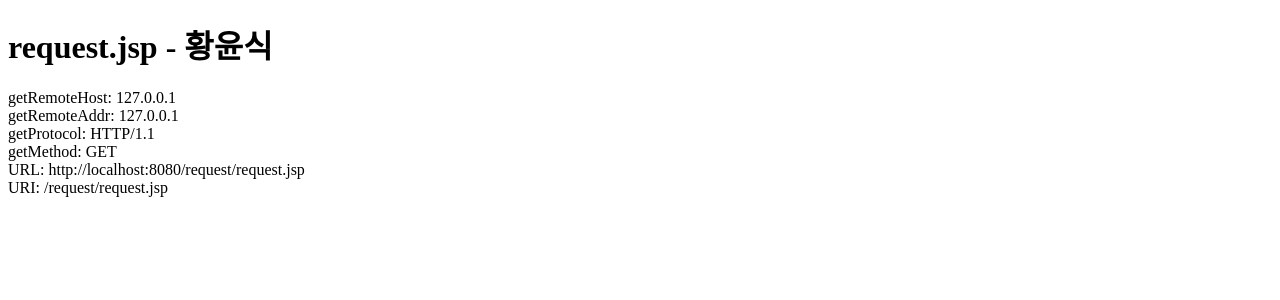
Repository: SouthSea0613/401_Unauthorized_java
Page: http://localhost/request/request.jsp
The author's editor kept a copy of each file at every save. The page is drawn from the files as they stood at one save, then again after the next save.
The browser window is 1280 px wide. The pictures show the whole page.
The page is served by Tomcat 9.

Above is the page before, as saved 2024-12-02 05:42:41.

### request/src/main/webapp/request.jsp
<%@ page language="java" contentType="text/html; charset=UTF-8"
    pageEncoding="UTF-8"%>
<!DOCTYPE html>
<html>
<head>
<meta charset="UTF-8">
<title>Insert title here</title>
</head>
<body>
<h1>request.jsp - 황윤식</h1>
getRemoteHost: <%=request.getRemoteHost() %><br>
getRemoteAddr: <%=request.getRemoteAddr() %><br>
getProtocol: <%=request.getProtocol() %><br>
getMethod: <%=request.getMethod() %><br>
URL: <%=request.getRequestURL() %><br>
URI: <%=request.getRequestURI() %><br>
</body>
</html>

After the next save:
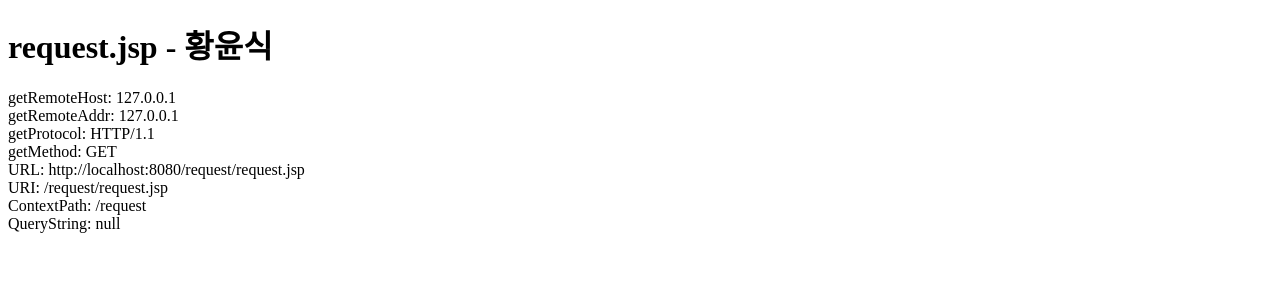
Saved 111 s later.
--- a/request/src/main/webapp/request.jsp
+++ b/request/src/main/webapp/request.jsp
@@ -14,5 +14,7 @@
 getMethod: <%=request.getMethod() %><br>
 URL: <%=request.getRequestURL() %><br>
 URI: <%=request.getRequestURI() %><br>
+ContextPath: <%=request.getContextPath() %><br>
+QueryString: <%=request.getQueryString() %><br>
 </body>
 </html>
